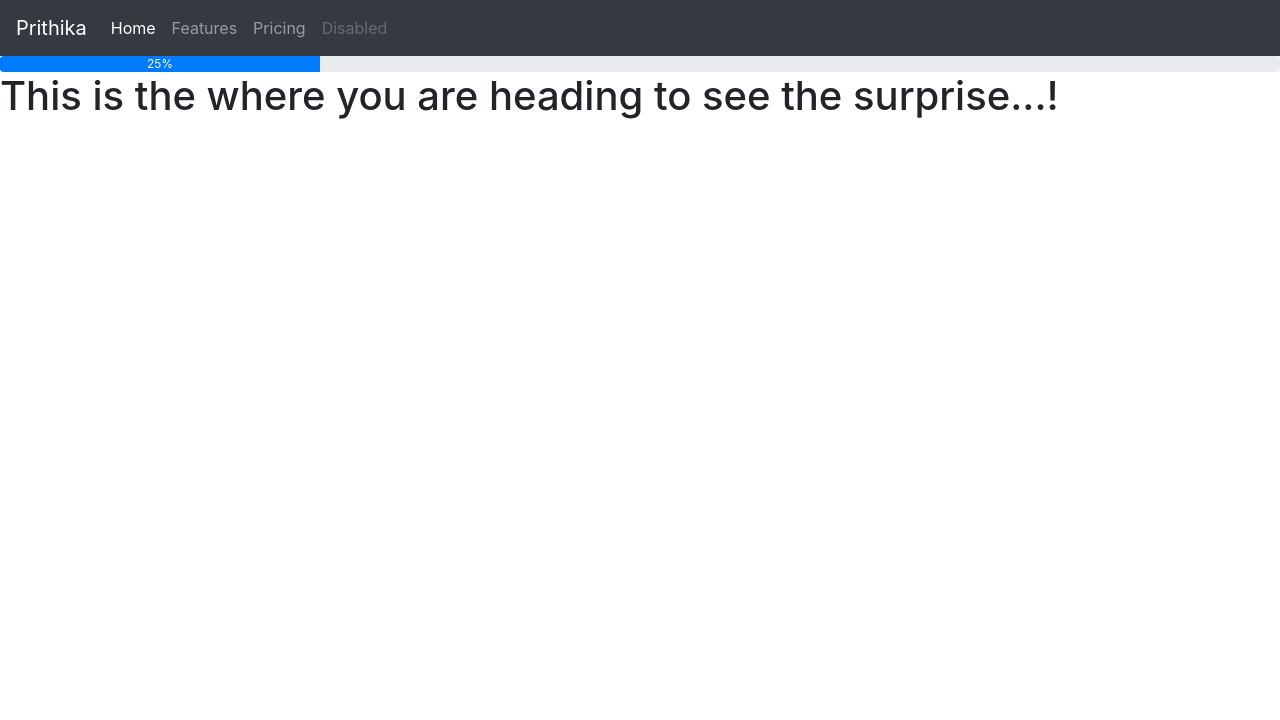
Repository: Imprasna/pritk
Page: index.html
An editor plug-in stored every save of this project. The page is shown before and after a run of saves, followed by the edit.
The browser window is 1280 px wide. The pictures show the whole page.

Above is the page before, as saved 2021-12-15 14:17:14.

After the next 2 saves:
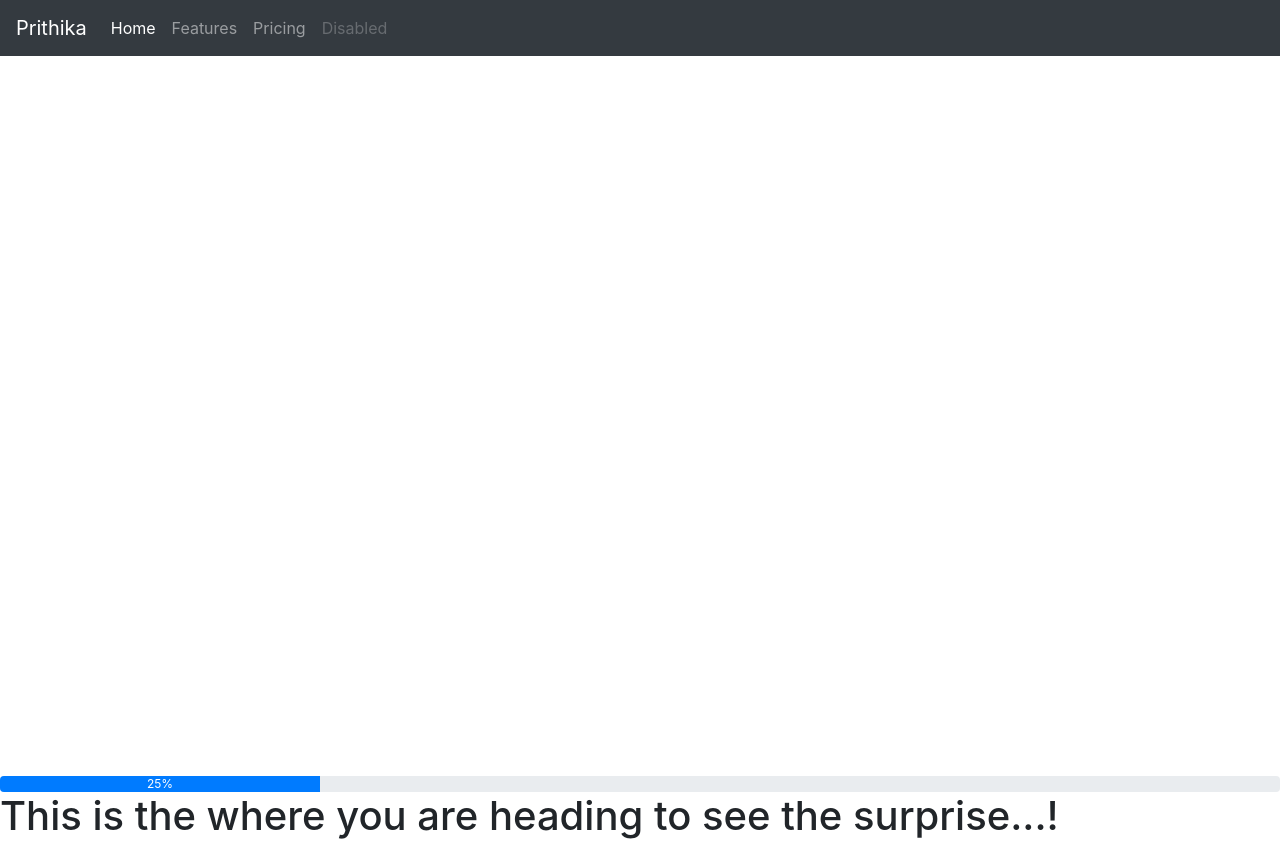
The 2 saves are shown as one change because they came seconds apart.
The last was saved 8 s later.
--- a/style.css
+++ b/style.css
@@ -12,5 +12,7 @@ html, body {
 }
 
 .hero {
-
+    height: 100vh;
+    width: 100%;
+    bgc
 }
